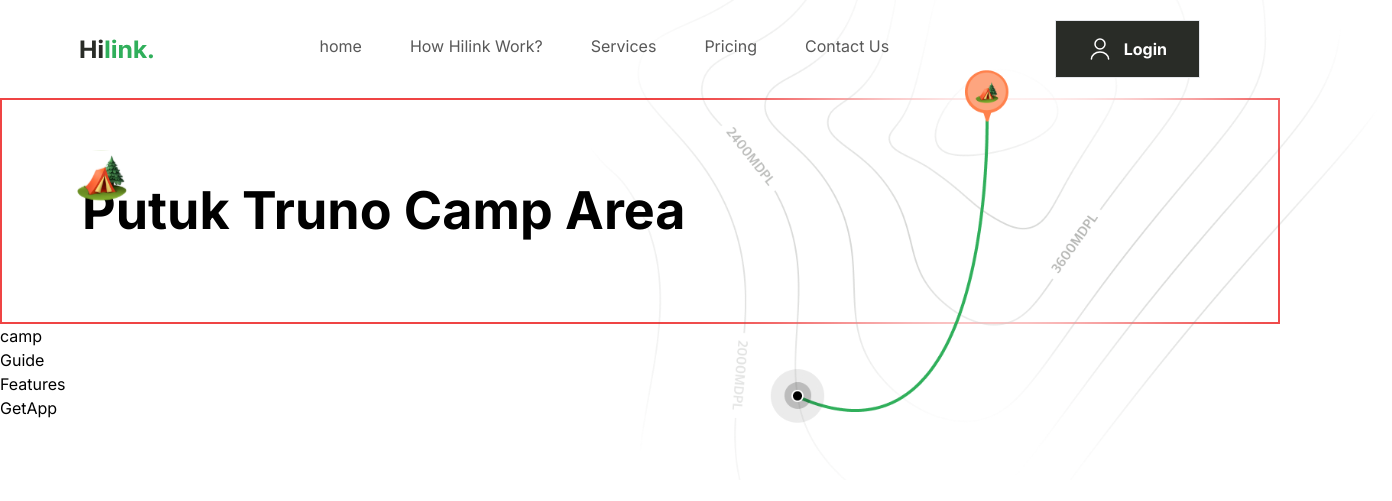
Repository: abdulrahmanmahmood/Travel-App
Page: /
The author's editor kept a copy of each file at every save. The page is drawn from the files as they stood at one save, then again after the next save.
The browser window is 1280 px wide. The page is 1392 px wide, so the pictures cover 1392 px, including what lies to the right of the window. The pictures show the whole page.
The project was rebuilt for these pictures with package versions that can differ from the ones it lists, and the page was loaded fresh each time. The framework's server and built-in components were replaced by stand-ins that run in the browser. Also part of the build but not shown: next.config.js.

Above is the page before, as saved 2023-11-01 14:20:18.

After the next save:
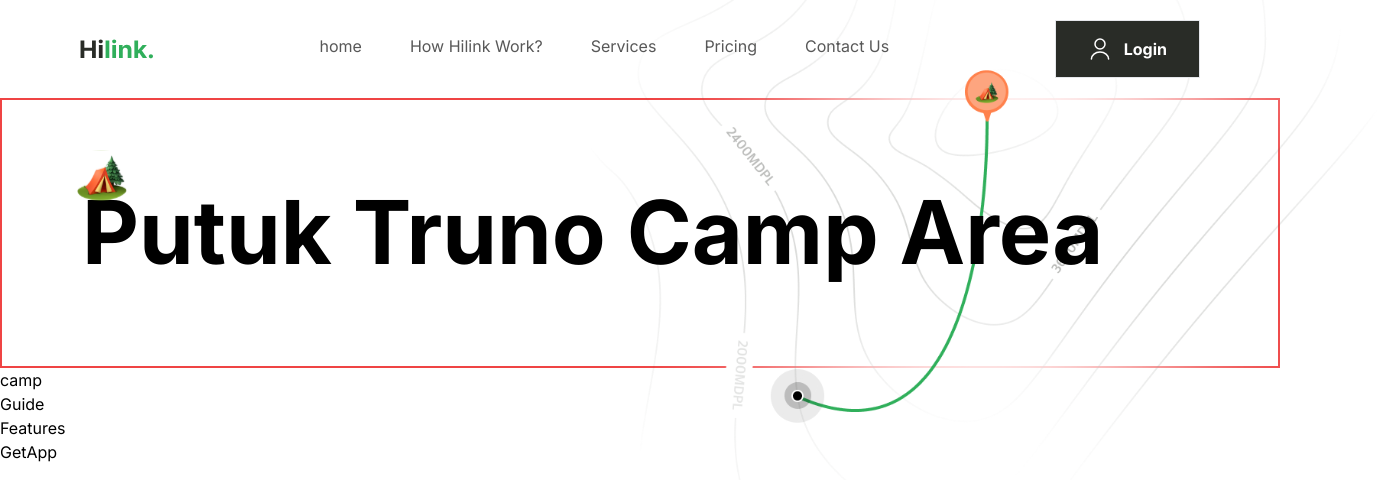
Saved 6 s later.
--- a/components/Hero.tsx
+++ b/components/Hero.tsx
@@ -8,7 +8,7 @@ function Hero() {
       {/* LEFT */}
       <div className="relative z-20 flex flex-1 flex-col xl:w-1/2">
         <Image src='/camp.svg' alt="camp" width={50} height={50} className="absolute left-[-5px] top-[-30px] w-10 lg:w-[50px]"/>
-        <h1 className="bold-52 lg:bold-">Putuk Truno Camp Area</h1>
+        <h1 className="bold-52 lg:bold-88">Putuk Truno Camp Area</h1>
       </div>
     </section>
   );
